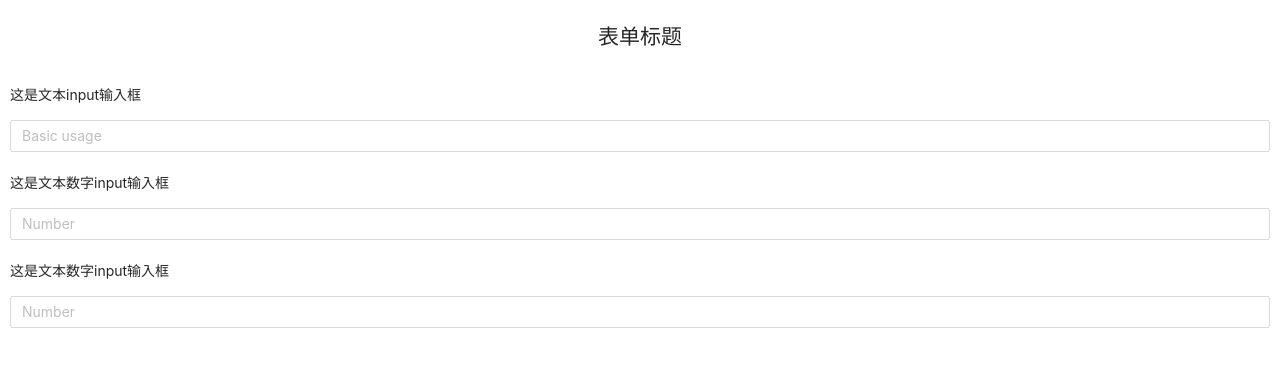
Repository: yangdi1993/form
Page: /
The author's editor kept a copy of each file at every save. The page is drawn from the files as they stood at one save, then again after the next save.
The browser window is 1280 px wide. The pictures show the whole page.
The project was rebuilt for these pictures with package versions that can differ from the ones it lists, and the page was loaded fresh each time.

Above is the page before, as saved 2020-04-02 10:54:06.

After the next save:
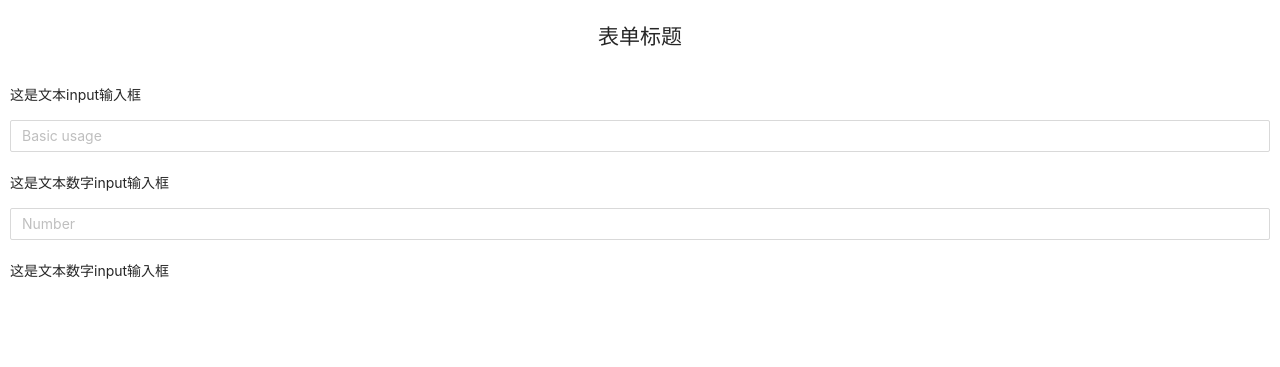
Saved 4 s later.
--- a/src/App.js
+++ b/src/App.js
@@ -17,7 +17,7 @@ const App = () => (
       </div>
       <div className="question-cell">
         <p className="select-title">这是文本数字input输入框</p>
-        <InputNumber min={1} max={10} placeholder="Number" className="number-input" />
+
       </div>
     </div>
     <div className="form-submit">
